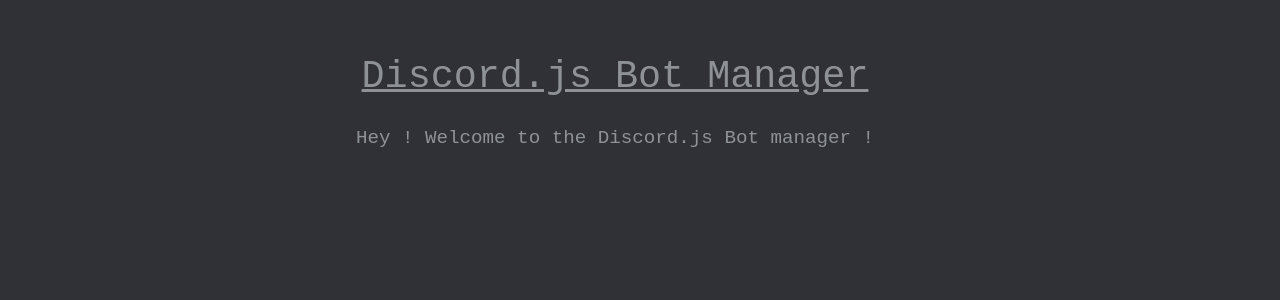
Repository: O-Schell/Discord-Bot-Manager
Page: Web_Interface/main.HTML
An editor plug-in stored every save of this project. The page is shown before and after the next save, followed by the edit.
The browser window is 1280 px wide. The pictures show the whole page.
The style sheet was rebuilt from its Sass, Less or Tailwind sources for each picture, by a compiler version that may differ from the author's.

Above is the page before, as saved 2020-11-24 22:23:28.

### Web_Interface/main.HTML
<!DOCTYPE html>
<html lang="fr">

<head>
  <meta charset="utf-8" />
  <title>Bot Manager</title>
  <link rel="stylesheet" href="style.css" />
  <!--<script src="script.js"></script>-->
</head>

<body>
  <div class="container">
    <div class="center-div">
      <div class="center-text">
        <div class="title">
          <u>Discord.js Bot Manager</u>
        </div>
      </div>
    </div>
    <div class="center-div">
      <div class="center-text">
        <div class="undertitle">
          Hey ! Welcome to the Discord.js Bot manager !
        </div>
      </div>
    </div>
  </div>

</body>

</html>

### Web_Interface/style.scss
@import url("https://unpkg.com/bootstrap@3.3.7/dist/css/bootstrap.min.css");

$mainC: #2f3136;
$secC: #8e9297;

body {
  background: $mainC;
}

.container{
  margin: 30px;
}

.center-div {
  display: flex;
  justify-content: center;
}

.center-text {
  display: flex;
  justify-content: center;
}

.title {
  margin: 10px;
  padding: 10px 10px;
  font-size: 3vw;
  font-family: 'Courier New', Courier, monospace;
  color: #8e9297;
  transition: color 400ms ease-out;

}

.title:hover {
  color: $mainC;
  cursor: pointer;
}

.undertitle {
  font-size: 1.5vw;
  font-family: 'Courier New', Courier, monospace;
  color: #8e9297;
  transition: color 400ms ease-in-out;
}

.undertitle:hover {
  color: $mainC;
  cursor: pointer;
}

After the next save:
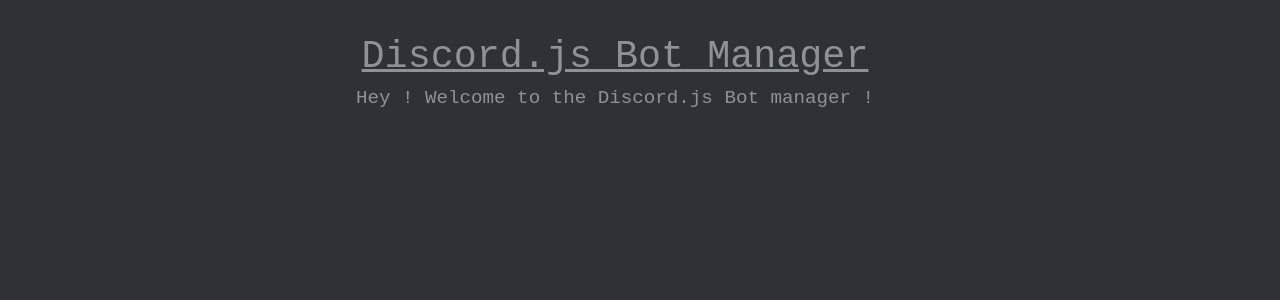
Saved 11 s later.
--- a/Web_Interface/style.scss
+++ b/Web_Interface/style.scss
@@ -22,8 +22,6 @@
 }
 
 .title {
-  margin: 10px;
-  padding: 10px 10px;
   font-size: 3vw;
   font-family: 'Courier New', Courier, monospace;
   color: #8e9297;
